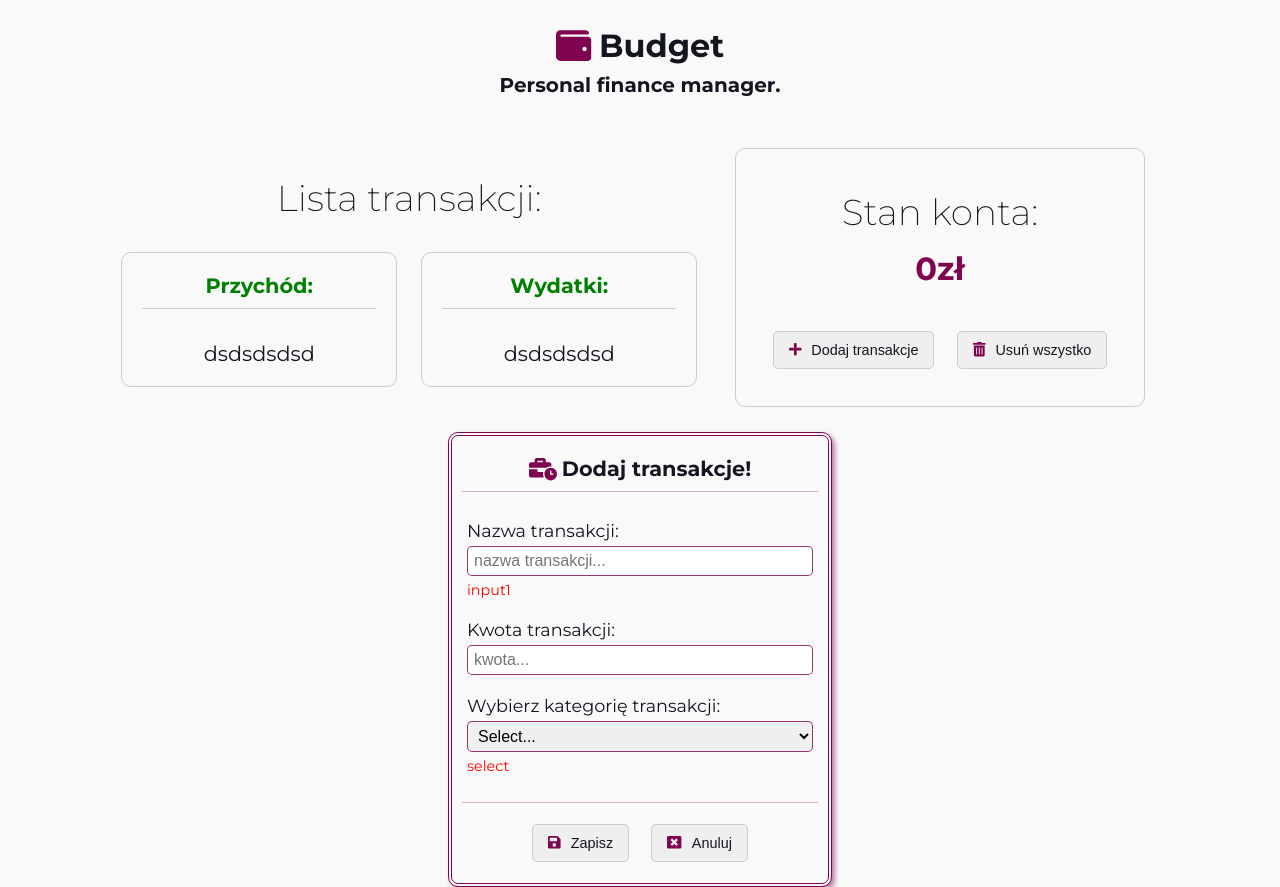
Repository: KrzysKolo/sr_tydzien4_zad4
Page: /
These files come from the project's save history. The page is drawn as it stood at one moment and after the next save; the edit follows.
The browser window is 1280 px wide. The pictures show the whole page.
Some web libraries are served in a nearby version. The project was rebuilt for these pictures with package versions that can differ from the ones it lists, and the page was loaded fresh each time.

Above is the page before, as saved 2020-12-01 11:00:40.

After the next save:
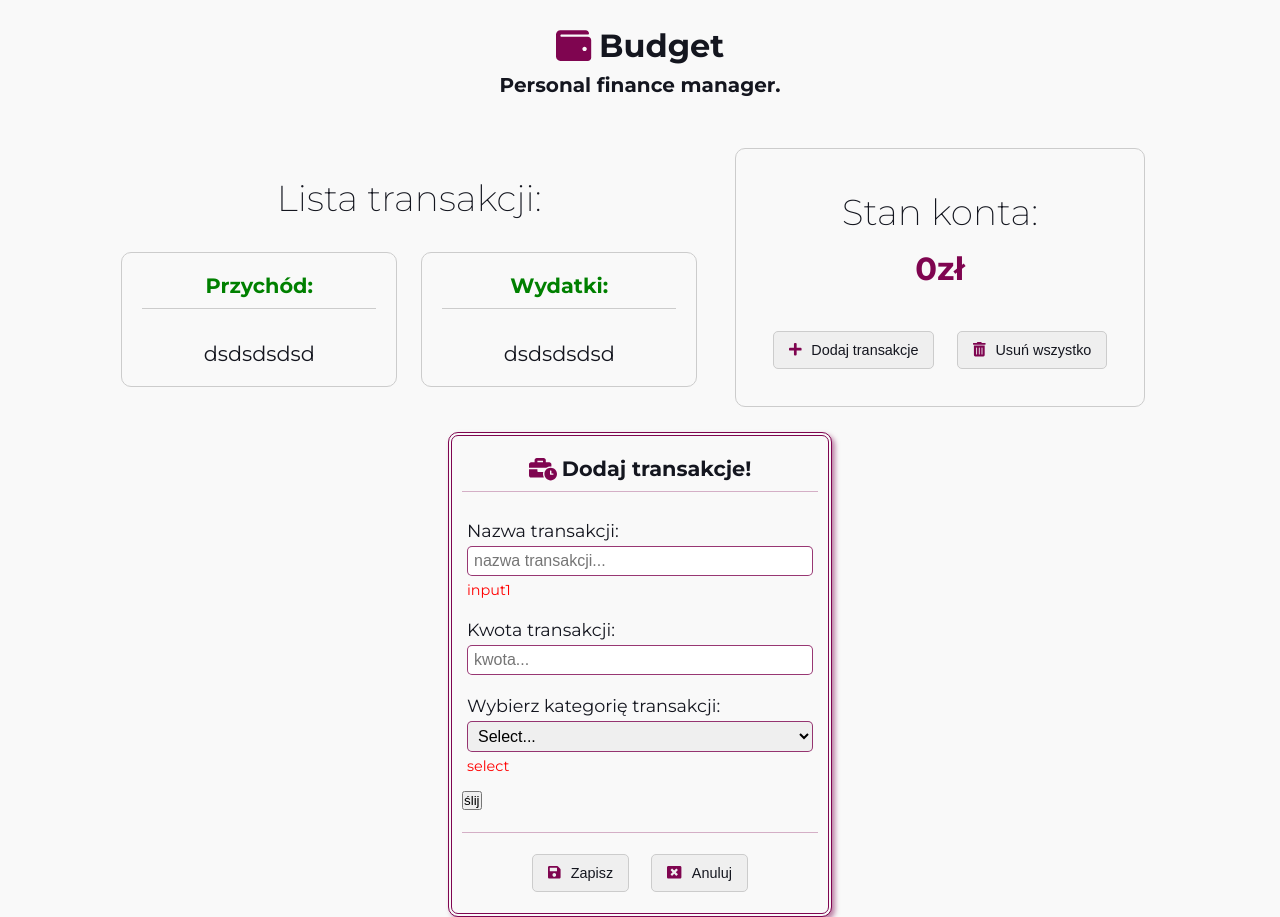
Saved 72 s later.
--- a/src/components/budgetComponents/Form.js
+++ b/src/components/budgetComponents/Form.js
@@ -47,8 +47,9 @@ const Form = () => {
             <Input type="text" label="Nazwa transakcji" name="name" values={formik.values.name} onChange={formik.handleChange} placeholder="nazwa transakcji..." error={"aaaa"} message={"input1"} />
             <Input type="text" label="Kwota transakcji" name="amount" values={formik.values.amount} onChange={formik.handleChange}  placeholder="kwota..." />
             <Select options={SelectOptions} label="Wybierz kategorię transakcji" name="category" values={formik.values.category} onChange={formik.handleChange}  error={"aaaa"} message={"select"} />
+            <button type="submit">ślij</button>
             <ButtonWrapper>
-                <Button type="submit" onSubmit={formik.handleSubmit} title="Zapisz" icons={faSave}/>
+                <Button type="submit" title="Zapisz" icons={faSave}/>
                 <Button title="Anuluj" icons={faWindowClose} type="cancel" />
             </ButtonWrapper>
             { showMessage && <p>ok</p>}

After the 3 saves that followed:
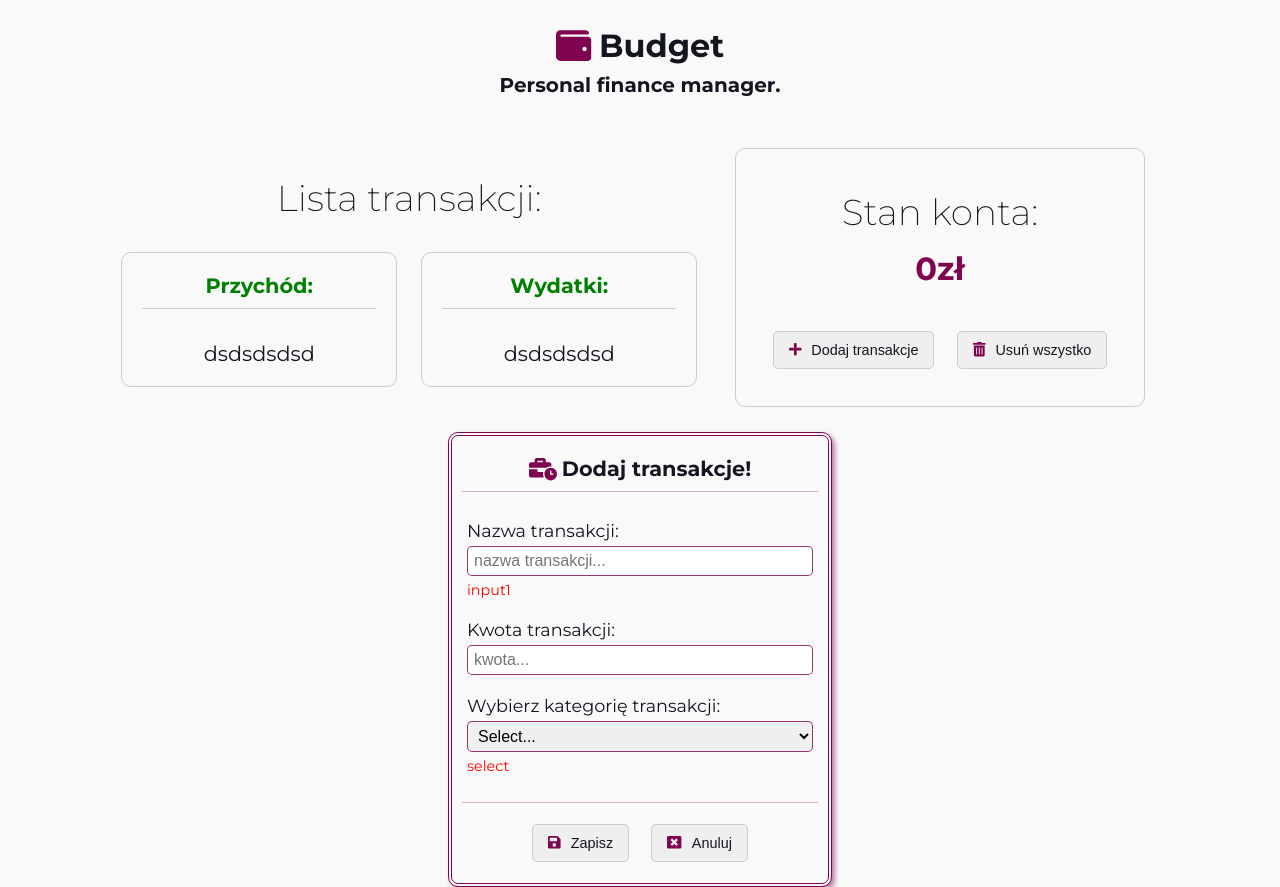
The 3 saves are shown as one change because 2 left the picture as it was.
The last was saved 7 min 2 s later.
--- a/src/components/budgetComponents/Form.js
+++ b/src/components/budgetComponents/Form.js
@@ -33,7 +33,7 @@ const Form = () => {
             amount: '',
             category:'',
         },
-        handleSubmit: ( values, { restForm }) => {
+        onSubmit: ( values, { restForm }) => {
             alert(JSON.stringify(values))
             setShowMessage(true);
             console.log(values);
@@ -47,7 +47,6 @@ const Form = () => {
             <Input type="text" label="Nazwa transakcji" name="name" values={formik.values.name} onChange={formik.handleChange} placeholder="nazwa transakcji..." error={"aaaa"} message={"input1"} />
             <Input type="text" label="Kwota transakcji" name="amount" values={formik.values.amount} onChange={formik.handleChange}  placeholder="kwota..." />
             <Select options={SelectOptions} label="Wybierz kategorię transakcji" name="category" values={formik.values.category} onChange={formik.handleChange}  error={"aaaa"} message={"select"} />
-            <button type="submit">ślij</button>
             <ButtonWrapper>
                 <Button type="submit" title="Zapisz" icons={faSave}/>
                 <Button title="Anuluj" icons={faWindowClose} type="cancel" />
